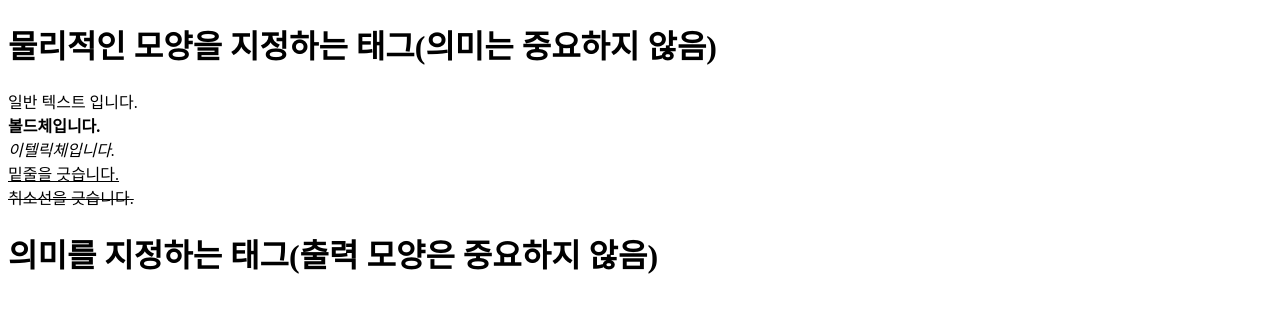
Repository: Chun0903/classStudy_github.io
Page: client/ClientTest/WebContent/ex09_style.html
The author's editor kept a copy of each file at every save. The page is drawn from the files as they stood at one save, then again after the next save.
The browser window is 1280 px wide. The pictures show the whole page.

Above is the page before, as saved 2020-06-19 00:43:44.

After the next save:
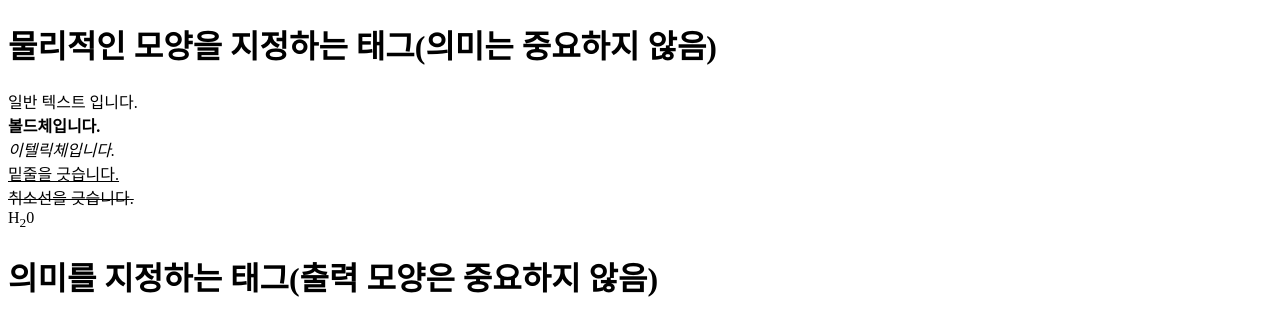
Saved 54 s later.
--- a/client/ClientTest/WebContent/ex09_style.html
+++ b/client/ClientTest/WebContent/ex09_style.html
@@ -15,6 +15,7 @@
 	<i>이텔릭체입니다.</i><br> <!-- italic -->
 	<u>밑줄을 긋습니다.</u><br> <!-- underline -->
 	<strike>취소선을 긋습니다.</strike><br>
+	H<sub>2</sub>0<br> <!-- 밑첨자  -->
 
 	<h1>의미를 지정하는 태그(출력 모양은 중요하지 않음)</h1>
 
